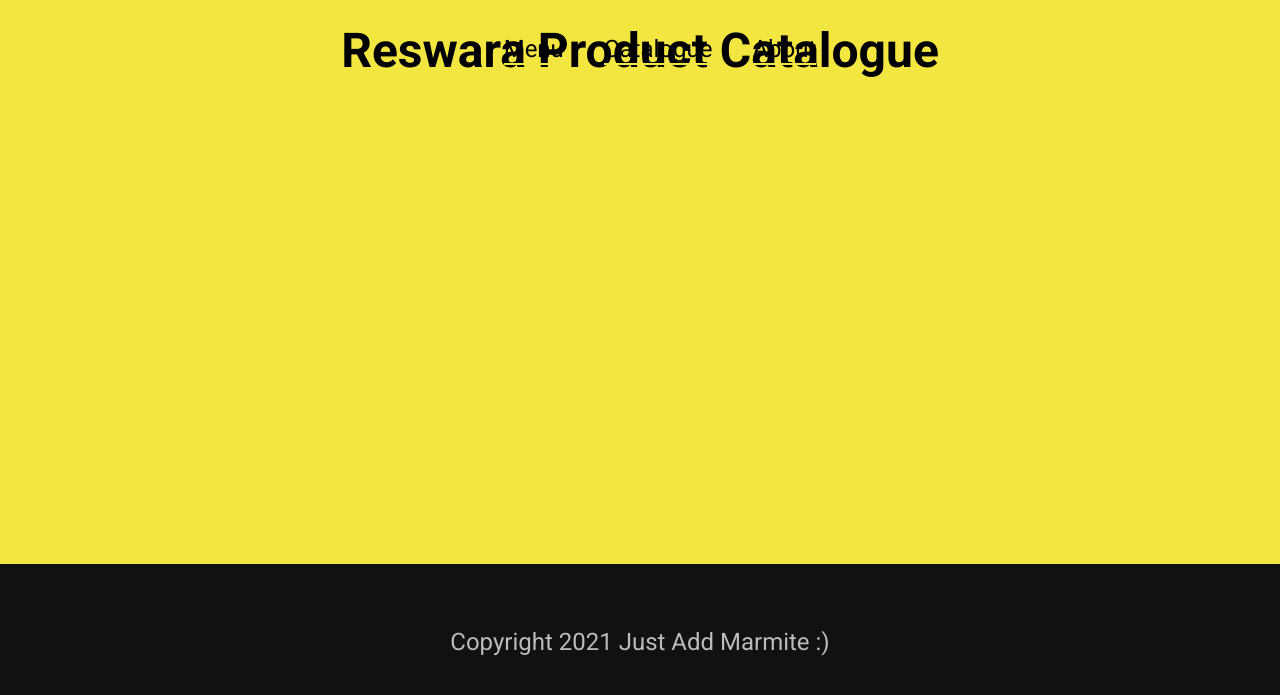
Repository: Fauzaanmhmd/Skripsi
Page: /about/about
An editor plug-in stored every save of this project. The page is shown before and after the next save, followed by the edit.
The browser window is 1280 px wide. The pictures show the whole page.
The project was rebuilt for these pictures with package versions that can differ from the ones it lists, and the page was loaded fresh each time. The framework's server and built-in components were replaced by stand-ins that run in the browser. Also part of the build but not shown: next.config.js.

Above is the page before, as saved 2021-05-24 21:00:18.

### pages/about/about.js
import Layout from "../../components/Layout"

export default function About({ recipes }) {
    return (
        <Layout>
            Ini About
        </Layout>

    )
}

### styles/globals.css
@import url('https://fonts.googleapis.com/css2?family=Roboto:ital,wght@0,100;0,300;0,400;0,500;0,700;0,900;1,100;1,300;1,400;1,500;1,700;1,900&display=swap');

body {
  background: #F4E640;
  margin: 0;
  font-family: 'Roboto';
  font-size: 1.5em;
}
.layout {
  min-height: 100vh;
  display: flex;
  flex-direction: column;
}
header {
  text-align: center;
}
header a {
  text-decoration: none;
  color: black;
  text-transform: uppercase;
  display: inline-block;
}
header h1, header h2 {
  margin: 0;
}
header span {
  display: block;
  line-height: 1em;
}
header span:first-child {
  font-size: 1em;
  font-weight: 400;
}
header span:last-child {
  font-size: 1.5em;
  font-weight: 800;
}
header h2 {
  font-size: 1.2em;
  font-weight: 400;
}
footer {
  background: #111;
  color: #bbb;
  padding: 40px;
  text-align: center;
  margin-top: auto
}
.page-content {
  max-width: 1200px;
  margin: 20px auto 80px;
  padding: 0 20px;
  width: 100%;
  box-sizing: border-box;
}

.navbar {
  display: flex;
  justify-content: center;
  height: 100px;
  align-items: center;
  background-color: #F4E640;
  position: fixed;
  flex-direction: column-reverse;
  z-index: 999;
  width: 100%;
  margin-bottom: 150px;
}

.navbar_menu{
  display: flex;
  justify-content: center;
  width: 100%;
  align-items: center;
  position: fixed;
}

ul{
  list-style-type: none;
  display: flex;
}

li {
  margin: 20px;
  cursor: pointer;
  border-bottom: 2px solid #F4E640;
}
li:hover {
background-color: transparent;
border-bottom: 2px solid black;
}
.navimg{
  position: absolute;
  left: 20px;
}

.zoom:hover {
  -ms-transform: scale(1.5); /* IE 9 */
  -webkit-transform: scale(1.5); /* Safari 3-8 */
  transform: scale(1.5);
  transition: transform .9s;
}

img {
  width: 550px;
  height: 380px;
  margin: 10px 30px 0px 30px;
  padding: 10px 20px 0px 20px;
  display: flex;
  justify-content: center;
  align-items: center;
  position: relative;
  cursor: pointer;
}

img:hover {
  -ms-transform: scale(1.1); /* IE 9 */
  -webkit-transform: scale(1.1); /* Safari 3-8 */
  transform: scale(1.1);
  transition: transform .9s;
}

.image {
  display: grid;
  grid-template-columns: repeat(2,minmax(0,1fr));
  grid-gap: .5rem;
  padding: 0 50px;
}

.button {
  cursor : pointer;
  margin: 0 30px;
  padding: 0 20px;
  width: 100px;
}

.button {
  cursor: pointer;
    margin-bottom: 30px;
    margin-top: 30px;
    margin-left: 0px;
    margin-right: 0px;
    padding-top: 10px;
    padding-bottom: 10px;
    border-top-width: 2px;
    border-bottom-width: 2px
}

.img-bg {
  display: flex;
  background-color: white;
  flex-direction: column;
  justify-content: center;
  align-items: center;
  width: 65%;
  height: 150px;
  margin: -50px 0px 40px 90px;
}

.zoom-dropdown:hover {
  -ms-transform: scale(1.5); /* IE 9 */
  -webkit-transform: scale(1.5); /* Safari 3-8 */
  transform: scale(1.5);
  transition: transform .9s;
}

### components/Layout.js
import Link from 'next/link'
import Navbar from './Navbar'

export default function Layout({ children }) {

  return (
    <div className="layout">
      <header>
        <Navbar />
      </header>

      <div className="page-content">
        {children}
      </div>



      <footer>
        <p>Copyright 2021 Just Add Marmite :)</p>
      </footer>
    </div >
  )
}

### components/Navbar.js
import Link from 'next/link'

const Navbar = props => {
    return (
        <div className="navbar">
            <h1 className="zoom">Reswara Product Catalogue</h1>
            <ul className="navbar_menu">
                <Link href="/">
                    <li className="zoom">Menu</li>
                </Link>
                <Link href="/catalogue">
                    <li className="zoom-dropdown">Catalogue</li>
                </Link>
                <Link href="/about">
                    <li className="zoom">About</li>
                </Link>
            </ul>
        </div>
    )
}

export default Navbar

Loaded but not shown: pages/_app.js (common file)

After the next save:
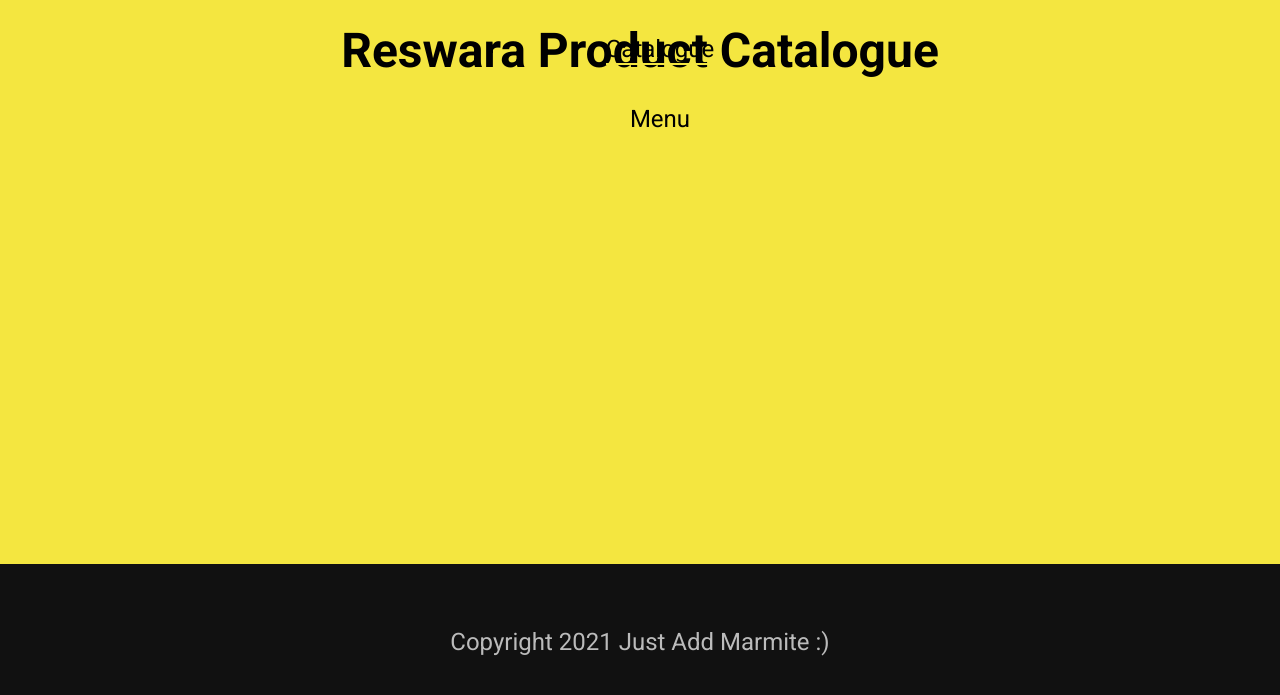
Saved 5 s later.
--- a/styles/globals.css
+++ b/styles/globals.css
@@ -73,6 +73,7 @@
   width: 100%;
   align-items: center;
   position: fixed;
+  flex-direction: column-reverse;
 }
 
 ul{

After the save that followed:
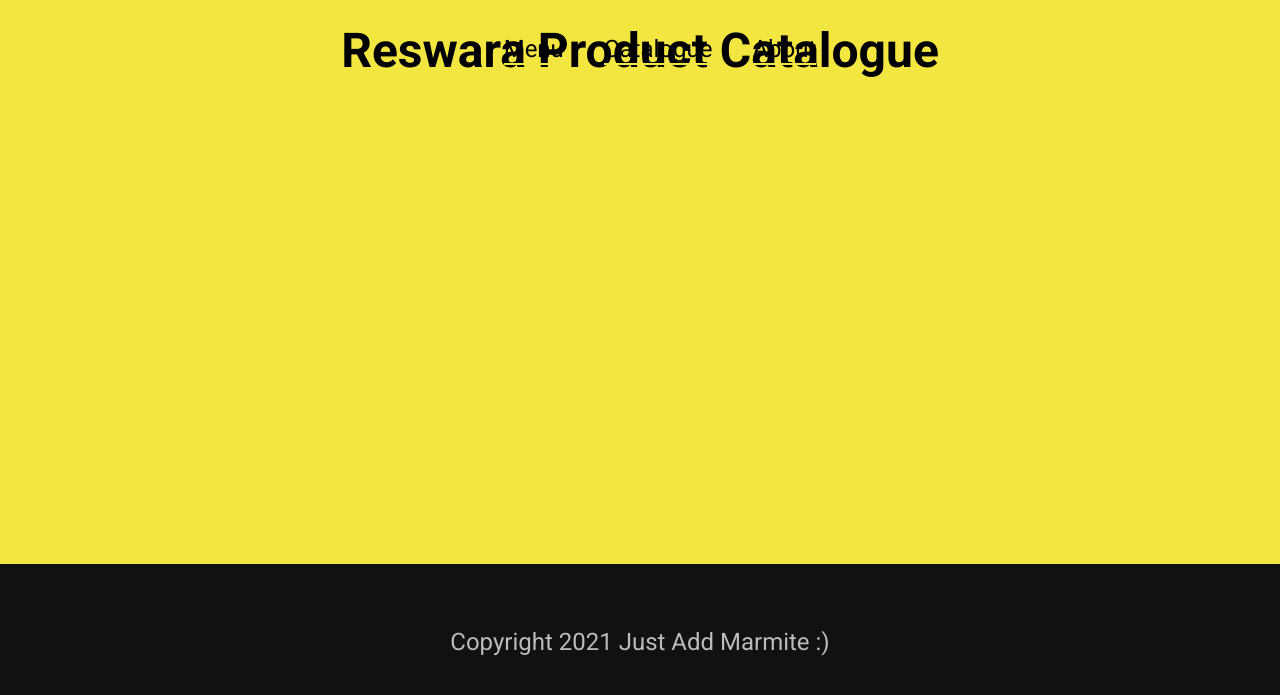
Saved 4 s later.
--- a/styles/globals.css
+++ b/styles/globals.css
@@ -73,7 +73,6 @@
   width: 100%;
   align-items: center;
   position: fixed;
-  flex-direction: column-reverse;
 }
 
 ul{
